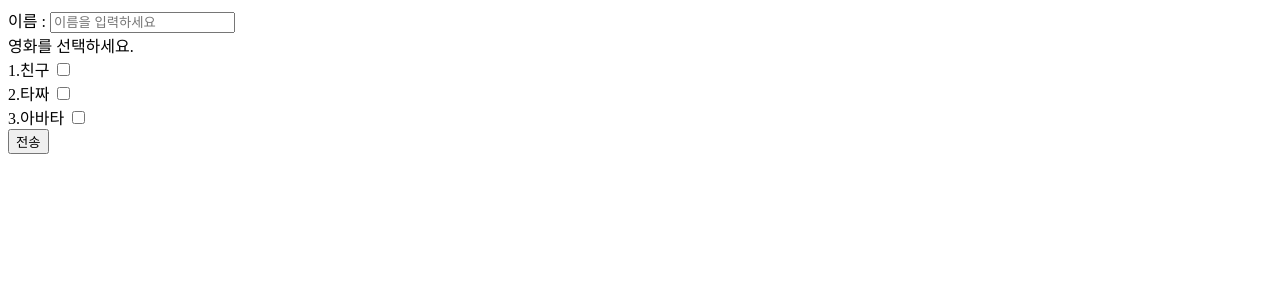
Repository: JJinBBangg/JSP
Page: http://localhost/jsp/ch12/lecture/01if/06form.jsp
The author's editor kept a copy of each file at every save. The page is drawn from the files as they stood at one save, then again after the next save.
The browser window is 1280 px wide. The pictures show the whole page.
The page is served by Tomcat 9. Other server files are loaded and not shown.

Above is the page before, as saved 2023-04-05 01:26:11.

### jsp/src/main/webapp/ch12/lecture/01if/06form.jsp
<%@ page language="java" contentType="text/html; charset=UTF-8"
    pageEncoding="UTF-8"%>
<%@ page import="java.util.*"%>
<%@ taglib uri="http://java.sun.com/jsp/jstl/core" prefix="c"%>
<!DOCTYPE html>
<html>
<head>
<meta charset="UTF-8">
<title>Insert title here</title>
</head>
<body>
	<form action="07process.jsp" method="post">
		이름 : <input type="text" name="name" placeholder="이름을 입력하세요"/> <br />
		영화를 선택하세요. <br />
		<label for="ch1">1.친구</label>
		<input type="checkbox" id="ch1"name="movies" value="친구"/><br />
		<label for="ch2">2.타짜</label>
		<input type="checkbox" id="ch2"name="movies" value="타짜"/><br />
		<label for="ch3">3.아바타</label>
		<input type="checkbox" id="ch3"name="movies" value="아바타"/><br />
		<input type="submit"  value="전송"/>
	</form>
</body>
</html>

After the next save:
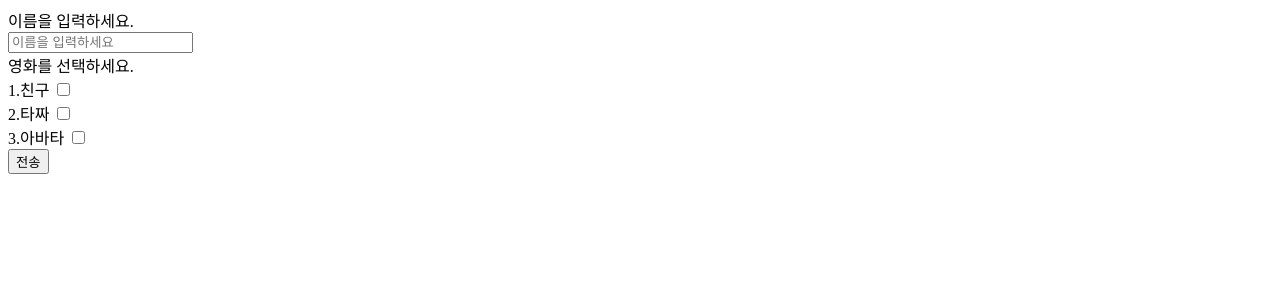
Saved 76 s later.
--- a/jsp/src/main/webapp/ch12/lecture/01if/06form.jsp
+++ b/jsp/src/main/webapp/ch12/lecture/01if/06form.jsp
@@ -10,7 +10,8 @@
 </head>
 <body>
 	<form action="07process.jsp" method="post">
-		이름 : <input type="text" name="name" placeholder="이름을 입력하세요"/> <br />
+		<label for="text1">이름을 입력하세요.</label> <br />
+		<input type="text" id="text1"name="name" placeholder="이름을 입력하세요"/> <br />
 		영화를 선택하세요. <br />
 		<label for="ch1">1.친구</label>
 		<input type="checkbox" id="ch1"name="movies" value="친구"/><br />
